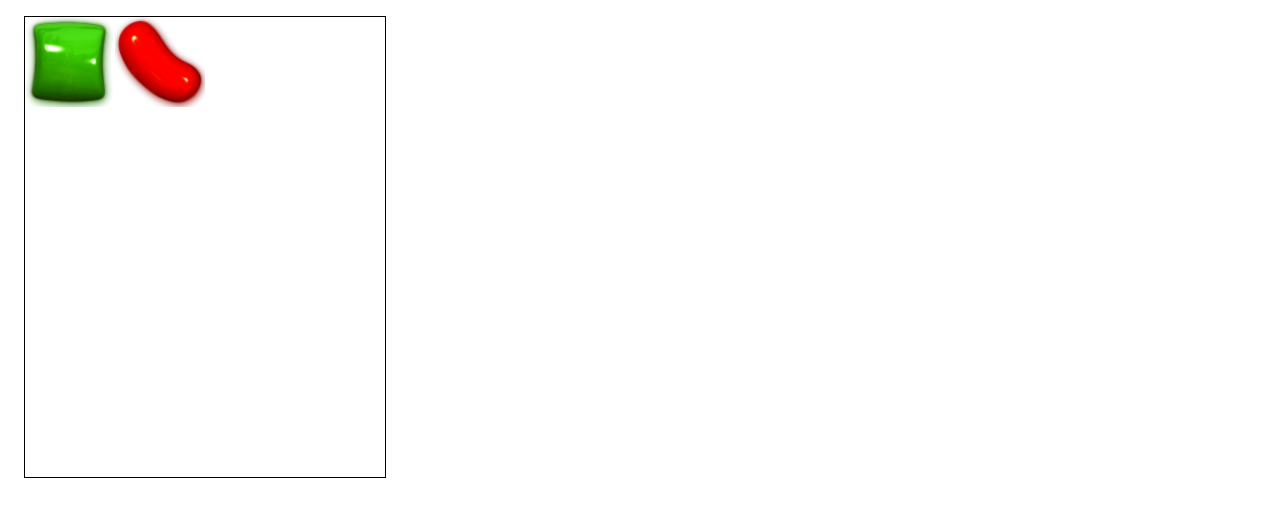
Repository: aliyou56/CandyCrush
Page: candycrush.html
An editor plug-in stored every save of this project. The page is shown before and after the next save, followed by the edit.
The browser window is 1280 px wide. The pictures show the whole page.

Above is the page before, as saved 2020-02-03 15:33:15.

### candycrush.html
<!DOCTYPE html>
<html>
    <head>
        <meta http-equiv="Content-Type" content="text/html;charset=utf-8"/>
        <title>Candy Crush</title>
        <script src="candycrush.js" type="text/javascript"></script>
    </head>

    <body>
        <!-- text-align: center;  -->
        <div style="margin: 1em;">
            <canvas id="canvas" width="360" height="460" style="border:1px solid #000000;"></canvas>
        </div>
    </body>
</html>

### candycrush.js

window.onload = function() {
    var canvas = document.getElementById("canvas")
    var context = canvas.getContext("2d")

    var controller = new Controller(context)
    controller.view.drawAll(context)
    //controller.view.animate(context)
}



// This class represent a sprite object (bonbon) in the candy crush game.
// It contains the type of the sprite, the width and the height.
// It contains also differents methods which allow it among others
// to update itself or to draw itself in a context.
class Sprite {

    // Constructor with type of the sprite, the width anf the height
    constructor(obj_, width_, height_) {
        this.obj = obj_
        this.width = width_
        this.height = height_

        this.isSelected = false
        this.boardX = this.boardY = 0
        this.pageX = this.pageY = 0
    }

    // Position the sprite at the given position (boardX_, boardY_) on the board
    position(boardX_, boardY_) {
        this.boardX = boardX_
        this.boardY = boardY_
        this.pageX = this.boardX * this.width
        this.pageY = this.boardY * this.height
    }

    // Draw the sprite to it's current position in the given context.
    // TODO when isSelected
    draw(context) {
        console.log("Sprite->draw: obj="+this.obj+", "
            +"board("+this.boardX+", "+this.boardY+"), "
            +"page("+this.pageX+", "+this.pageY+"), ")
        var that = this
        var img = new Image()
        img.onload = function() {
            if(that.isSelected) {

            } else {
                context.drawImage(img, that.pageX, that.pageY, that.width, that.height);
            }
        }
        img.src = this.getImagePath()
    }

    //
    getImagePath() {
        let result = "images/"
        switch(this.obj) {
            case 1: result += "Blue"; break;
            case 2: result += "Green"; break;
            case 3: result += "Orange"; break;
            case 4: result += "Red"; break;
            case 5: result += "Yellow"; break;
            default:
        }
        console.log("getImagePath -> obj="+this.obj+", result="+result)
        return result + ".png"
    }

    //
    animate(context) {
        this.update()
        this.draw(context)
        if(this.isMoving()) {
            setTimeout(animate, 100)
        }
    }

    // Update the position (x, y) of the sprite with an offset of +/-5
    // when it's current position ios different from the new position
    // (toX, toY)
    update() {
        var offset = 5
        let toPageX = this.boardX * this.width
        let toPageY = this.boardY * this.height
        if(this.pageX != toPageX) {
            this.pageX = (this.pageX < toPageX) ? this.pageX+offset : this.pageX-offset
        }
        if(this.pageY != toPageY) {
            this.pageY = (this.pageY < toPageY) ? this.pageY+offset : this.pageY-offset
        }
    }

    // Return true if the sprite is in movement (when it doesn't
    // get to the position (toX, toY) ), false otherwise.
    isMoving() {
        let toPageX = this.boardX * this.width
        let toPageY = this.boardY * this.height
        return !(this.pageX === toPageX && this.pageY === toPageY)
    }

    // Move the sprite to the given position (x_, y_)
    moveTo(x_, y_) {
        this.boardX = x_
        this.boardY = y_
        this.selected(false)
    }

    // Make the sprite selected or not.
    selected(isSelected_) {
        this.selected = isSelected_
    }
}



class Model {
    constructor() {
        //console.log("Model -> constructor")
        this.score = 0
        this.board = this.init()
    }

    init() {
        console.log("Model -> init")
        var result = new Array()
        for(let i=0; i<5; i++) {
            let row = []
            for(let j=0; j<4; j++) {
                row.push(Math.floor((Math.random() * 5) +1))
            }
            result.push(row)
        }
        for(let e of result) {
            console.log(e)
        }
        return result
    }
}



//
class View {
    constructor() {
        //console.log("View -> constructor")
        this.board = new Array()
    }

    //
    init(model) {
        console.log("View -> init")
        for(let i in model.board) {
            var row = []
            for(let j in model.board[i]) {
                var sprite = new Sprite(model.board[i][j], 90, 90)
                var x = i - model.board.length
                var y = j - model.board[i].length
                //sprite.position(x, y)
                //sprite.moveTo(i, j)
                sprite.position(i, j)
                row.push(sprite)
            }
            this.board.push(row)
        }

        for(let e of this.board) {
            console.log(e)
        }
    }

    //
    animate(context) {
        console.log("View -> animate")
        this.updateAll()
        this.drawAll(context)
        var that = this
        console.log("view.isMoving : " + this.isMoving())
        if(this.isMoving()) {
            setTimeout(() => {that.animate(context)}, 100)
        }
    }

    //
    drawAll(context) {
        console.log("View -> drawAll")
        context.fillStyle = "gold"
        context.fillRect(0, 0, context.width, context.height);
        this.board[0][0].draw(context)
        this.board[1][0].draw(context)
        // for(let row of this.board) {
        //     for(let sprite of row) {
        //         sprite.draw(context)
        //     }
        // }
    }

    //
    updateAll() {
        console.log("View -> updateAll")
        for(let row of this.board) {
            for(let sprite of row) {
                sprite.update()
            }
        }
    }

    // Return true if at least a sprite is in movement, false otherwise
    isMoving() {
        for(let row of this.board) {
            for(let sprite of row) {
                if(sprite.isMoving()) {
                    return true
                }
            }
        }
        return false
    }
}

//
class Controller {
    constructor(context_) {
        this.context = context_
        this.model = new Model()
        this.view = new View()
        this.view.init(this.model)
    }
}

After the next save:
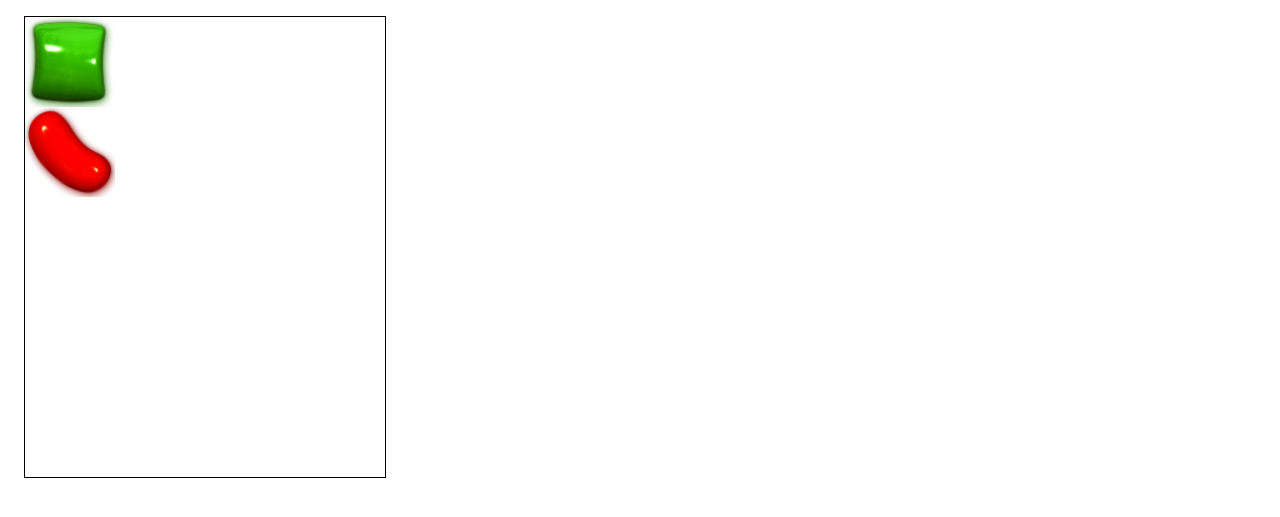
Saved 24 s later.
--- a/candycrush.js
+++ b/candycrush.js
@@ -188,7 +188,7 @@
         context.fillStyle = "gold"
         context.fillRect(0, 0, context.width, context.height);
         this.board[0][0].draw(context)
-        this.board[1][0].draw(context)
+        this.board[0][1].draw(context)
         // for(let row of this.board) {
         //     for(let sprite of row) {
         //         sprite.draw(context)
